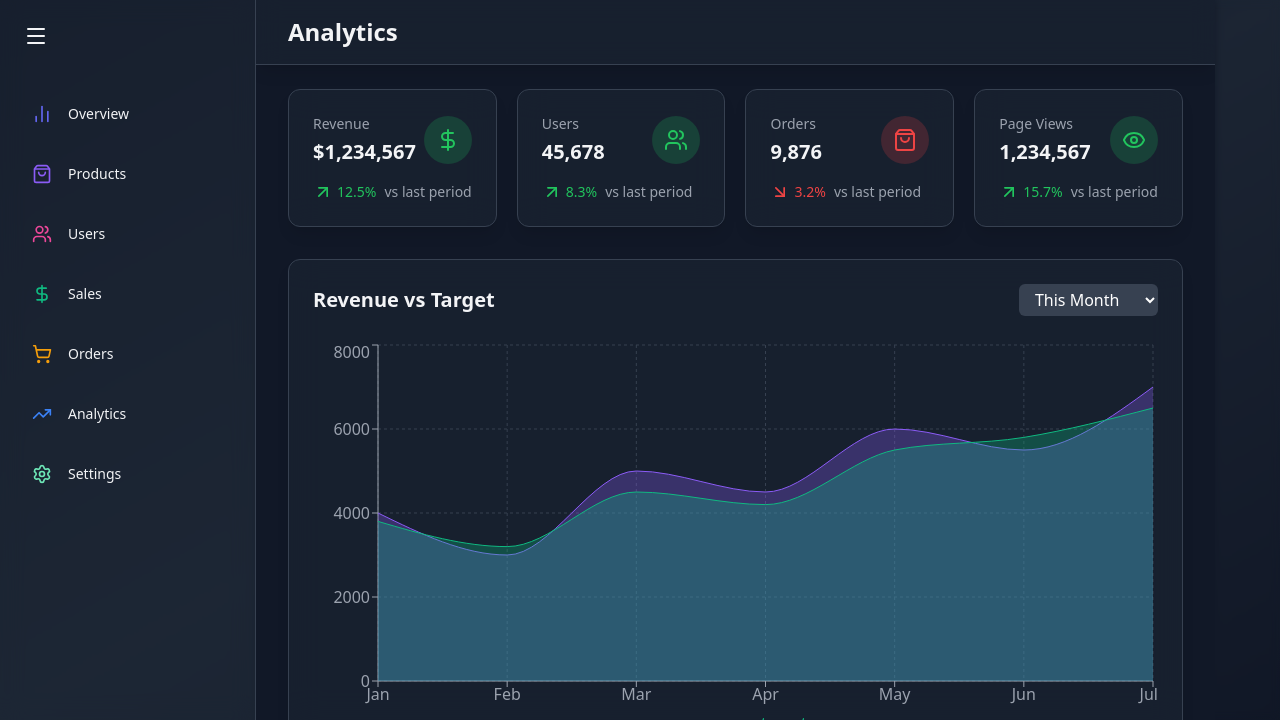
Repository: Abdirabi11/React-dashboard
Page: /analytics
The author's editor kept a copy of each file at every save. The page is drawn from the files as they stood at one save, then again after the next save.
The browser window is 1280 px wide. The pictures show the whole page.
An inner scrolling area shows only its first screen. The project was rebuilt for these pictures with package versions that can differ from the ones it lists, and the page was loaded fresh each time. Also part of the build but not shown: vite.config.js, src/components/common/StatCard.jsx, src/components/overview/SalesOverviewChart.jsx, src/components/overview/CategoryDistributionChart.jsx, src/components/overview/SalesChannelChart.jsx, src/pages/OverviewPage.jsx, src/components/products/SalesTrendChart.jsx, src/components/products/ProductsTable.jsx and 15 more.

Above is the page before, as saved 2025-07-19 11:24:52.

After the next save:
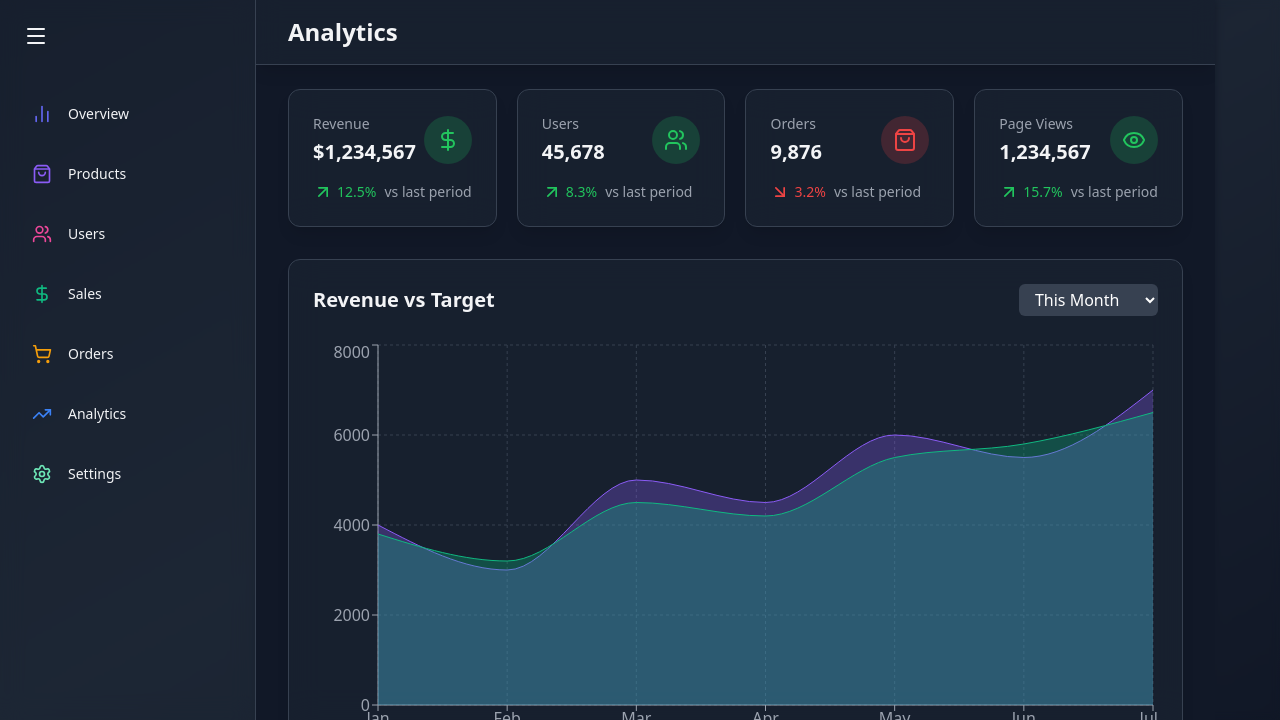
Saved 5 s later.
--- a/src/components/analytics/RevenueChart.jsx
+++ b/src/components/analytics/RevenueChart.jsx
@@ -45,7 +45,7 @@ const RevenueChart = () => {
                 contentStyle={{ backgroundColor: "rgba(31, 41, 55, 0.8)", borderColor: "#4B5563" }}
                 itemStyle={{ color: "#E5E7EB" }}
               />
-              <Legend />
+              {/* <Legend /> */}
               <Area type='monotone' dataKey='revenue' stroke='#8B5CF6' fill='#8B5CF6' fillOpacity={0.3} />
               <Area type='monotone' dataKey='target' stroke='#10B981' fill='#10B981' fillOpacity={0.3} />
           </AreaChart>
